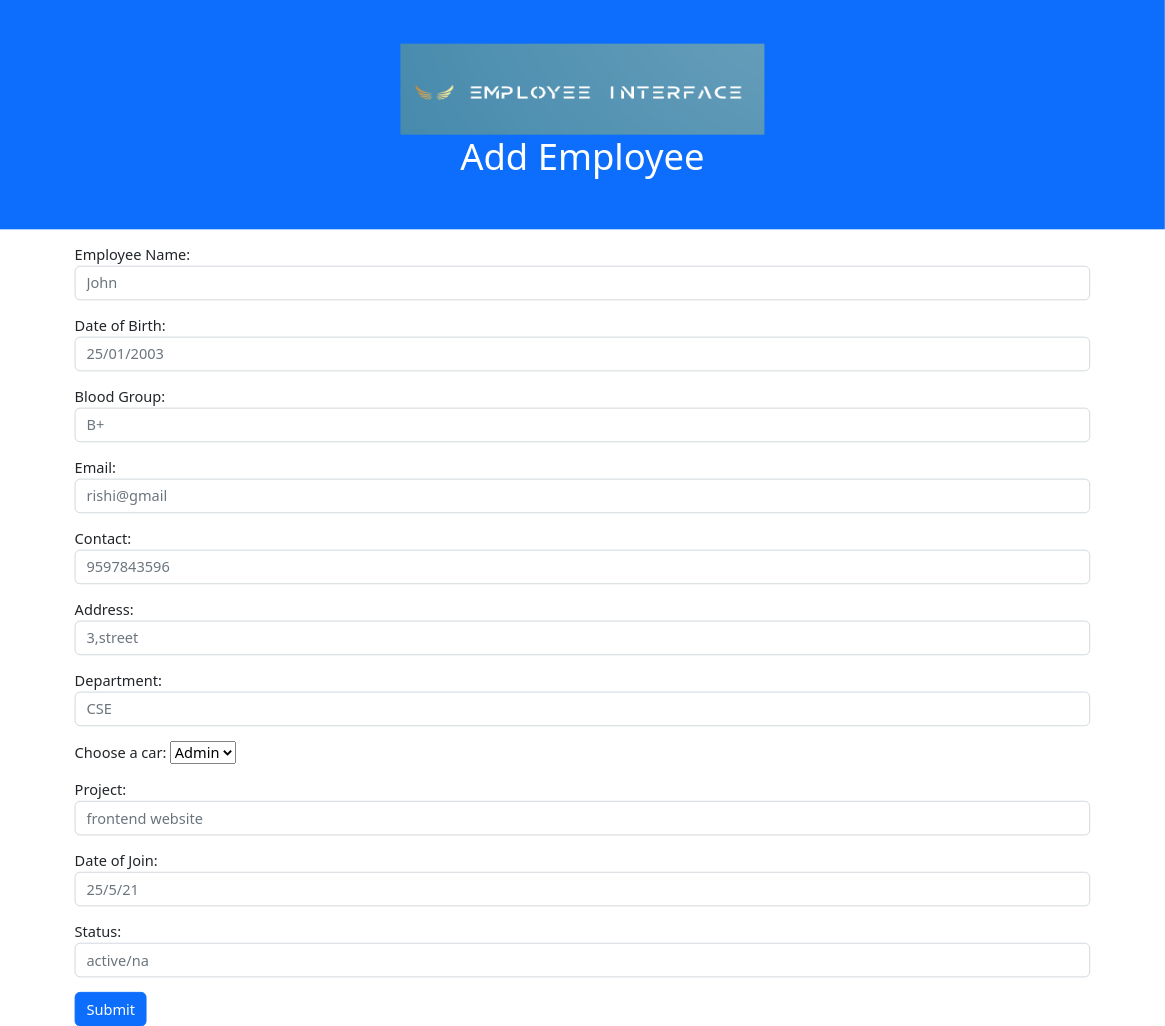
Repository: Rishicollinz/Java_Fullstack
Page: Eclipse 2/jspproject/src/main/webapp/add/add.html
An editor plug-in stored every save of this project. The page is shown before and after the next save, followed by the edit.
The browser window is 1280 px wide. The pictures show the whole page, at 91% of full size.

Above is the page before, as saved 2023-05-19 10:10:18.

After the next save:
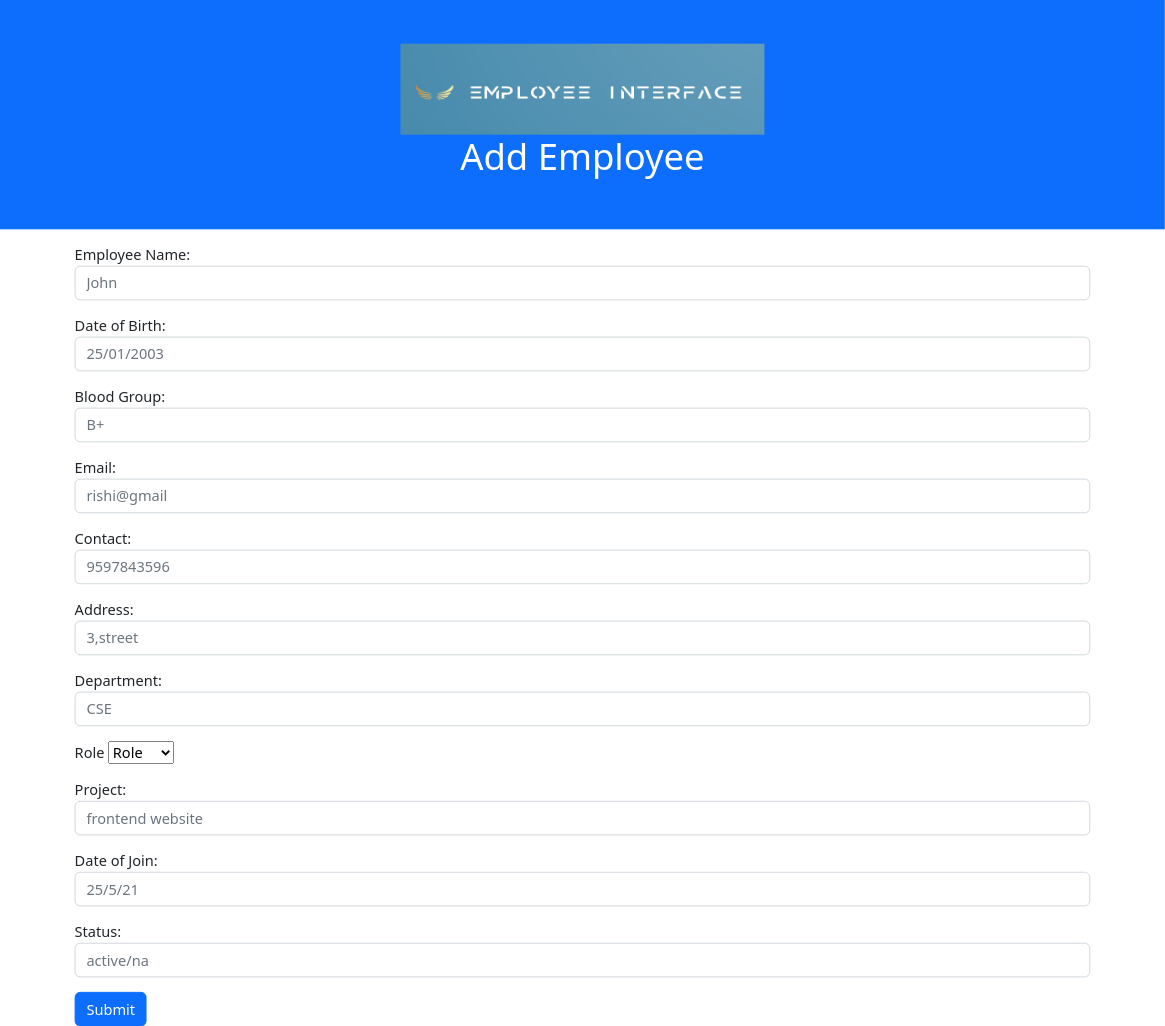
Saved 102 s later.
--- a/Eclipse 2/jspproject/src/main/webapp/add/add.html
+++ b/Eclipse 2/jspproject/src/main/webapp/add/add.html
@@ -50,8 +50,9 @@
       <input type="text" class="form-control"  placeholder="dev" name="role" required>
     </div>-->
     <div class="mb-3 mt-3">
-    	<label for="role">Choose a car:</label>
+    	<label for="role">Role</label>
   		<select name="role" id="role">
+  			<option>Role</option>
 		    <option value="admin">Admin</option>
 		    <option value="user">User</option>
   		</select>
